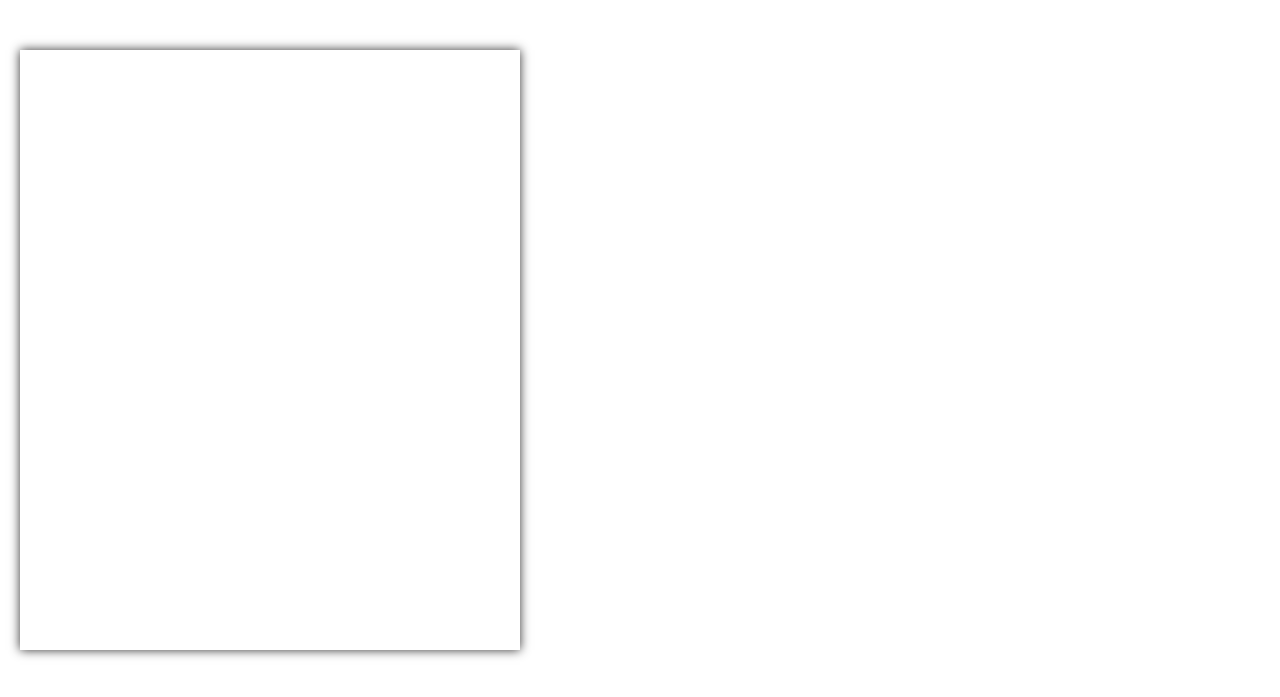
Repository: fangYiYuan/javascript-
Page: canvas/8.水平全景滚动.html
The author's editor kept a copy of each file at every save. The page is drawn from the files as they stood at one save, then again after the next save.
The browser window is 1280 px wide. The pictures show the whole page.

Above is the page before, as saved 2020-04-14 15:35:37.

### canvas/8.水平全景滚动.html
<!DOCTYPE html>
<html lang="en">
<head>
  <meta charset="UTF-8">
  <meta name="viewport" content="width=device-width, initial-scale=1.0">
  <meta http-equiv="X-UA-Compatible" content="ie=edge">
  <title>Document</title>
</head>
<style>
  body{
    text-align: center;
    padding-top: 40px;
  }
  canvas {
    position: absolute;
    top: 50px;
    left: 20px;
    box-shadow: 0 0 10px rgb(48, 47, 47);
  }
</style>
<body>
  <canvas id="draw" width="500" height="600"></canvas>
</body>
<script>
  let draw = document.getElementById('draw')
  let con = draw.getContext('2d')

  function bgMove () {
    con.drawImage(img, 0, 0)
  }
  let img = new Image()
  img.src = './tea.jpg'
  img.onLoad = function () {
    bgMove()
  }
</script>
</html>

After the next save:
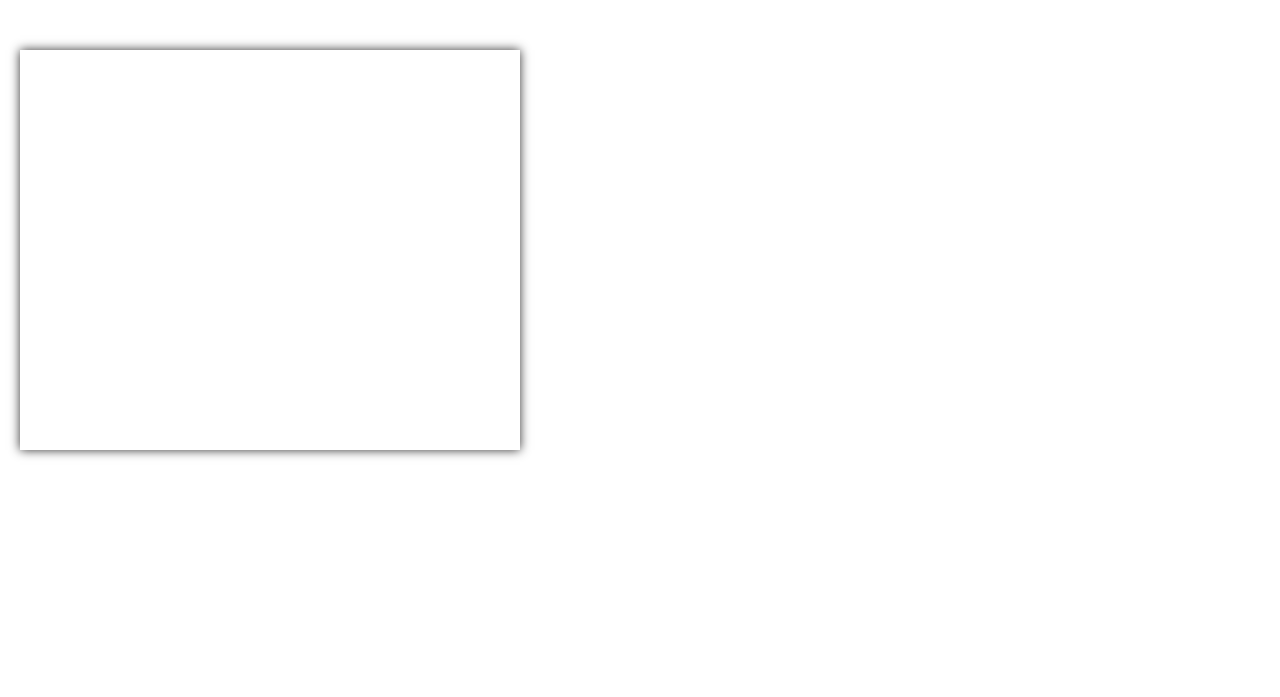
Saved 26 s later.
--- a/canvas/8.水平全景滚动.html
+++ b/canvas/8.水平全景滚动.html
@@ -19,7 +19,7 @@
   }
 </style>
 <body>
-  <canvas id="draw" width="500" height="600"></canvas>
+  <canvas id="draw" width="500" height="400"></canvas>
 </body>
 <script>
   let draw = document.getElementById('draw')
